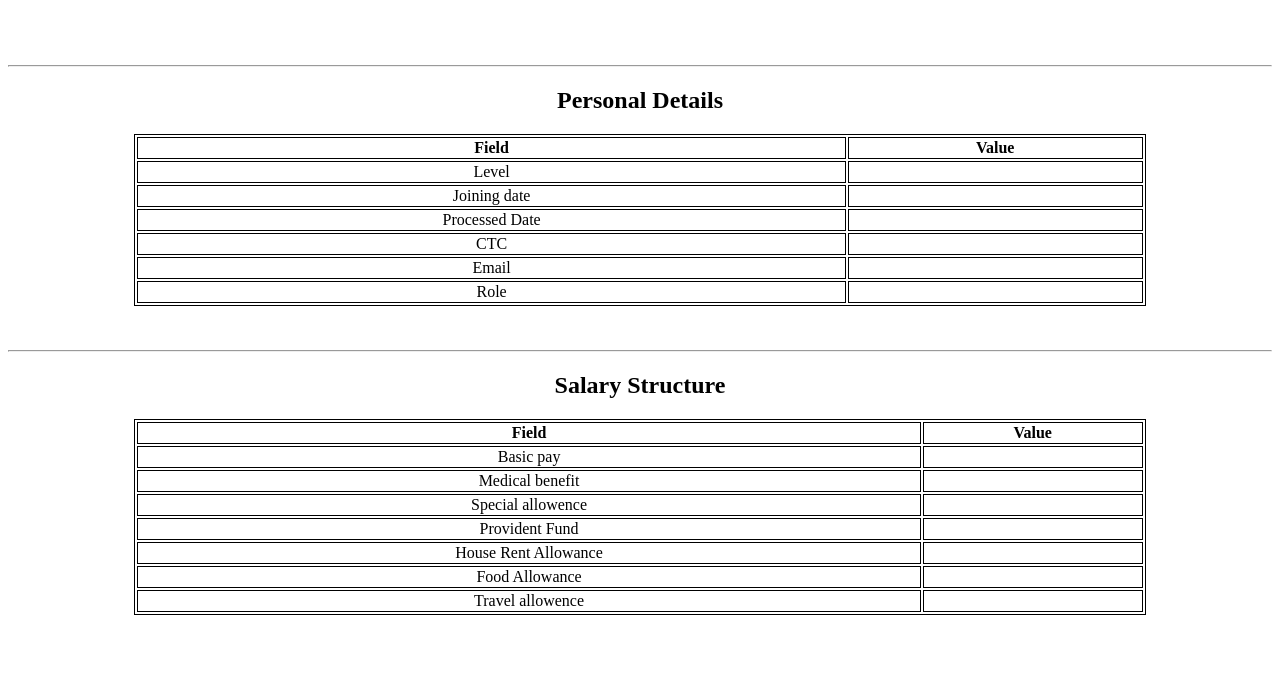
Repository: Mainak-Deb/EmployeeApprisalApp
Page: http://localhost/EmployeeApprisalForm/WEB-INF/views/userPage.jsp
An editor plug-in stored every save of this project. The page is shown before and after the next save, followed by the edit.
The browser window is 1280 px wide. The pictures show the whole page.
The page is served by Tomcat 9. Nobody is signed in. The template is opened directly, without the code that normally fills it, so the values that code supplies are empty.

Above is the page before, as saved 2023-06-21 09:50:10.

After the next save:
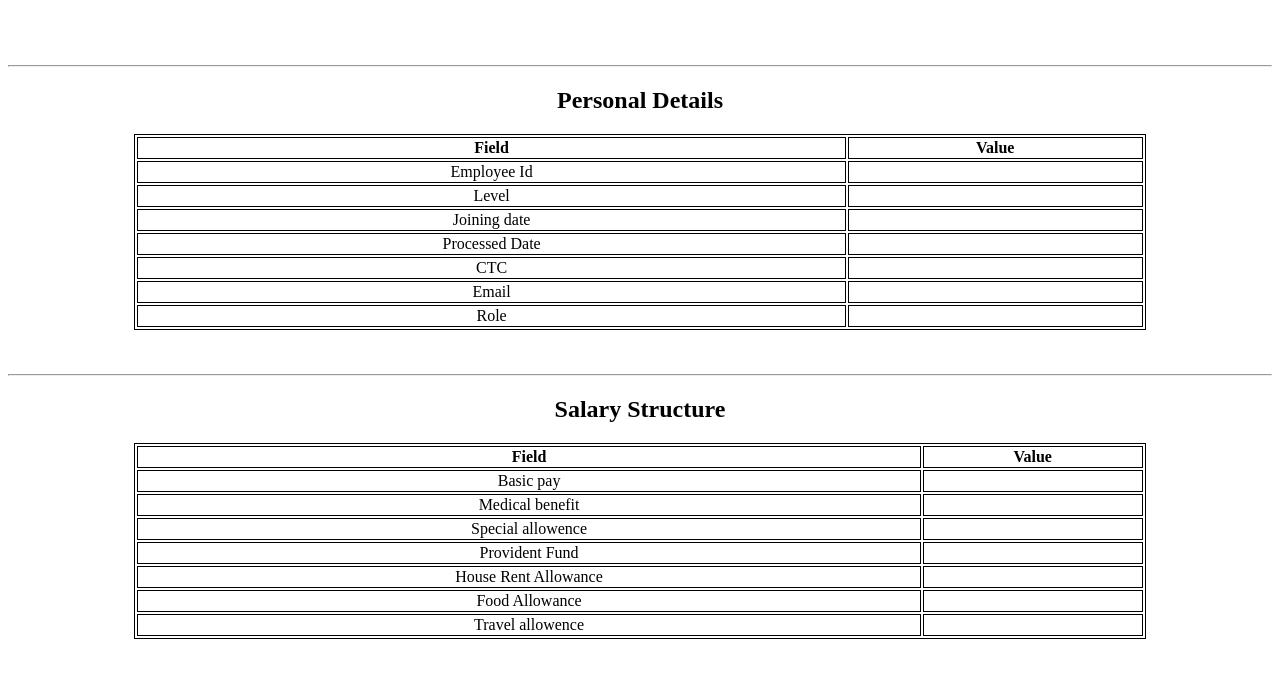
Saved 105 s later.
--- a/EmployeeApprisalForm/src/main/webapp/WEB-INF/views/userPage.jsp
+++ b/EmployeeApprisalForm/src/main/webapp/WEB-INF/views/userPage.jsp
@@ -28,6 +28,10 @@
         <tr>
           <th>Field</th>
           <th>Value</th>
+        </tr>
+         <tr>
+          <td>Employee Id</td>
+          <td> ${employeeDetails.level}</td>
         </tr>
         <tr>
           <td>Level</td>
